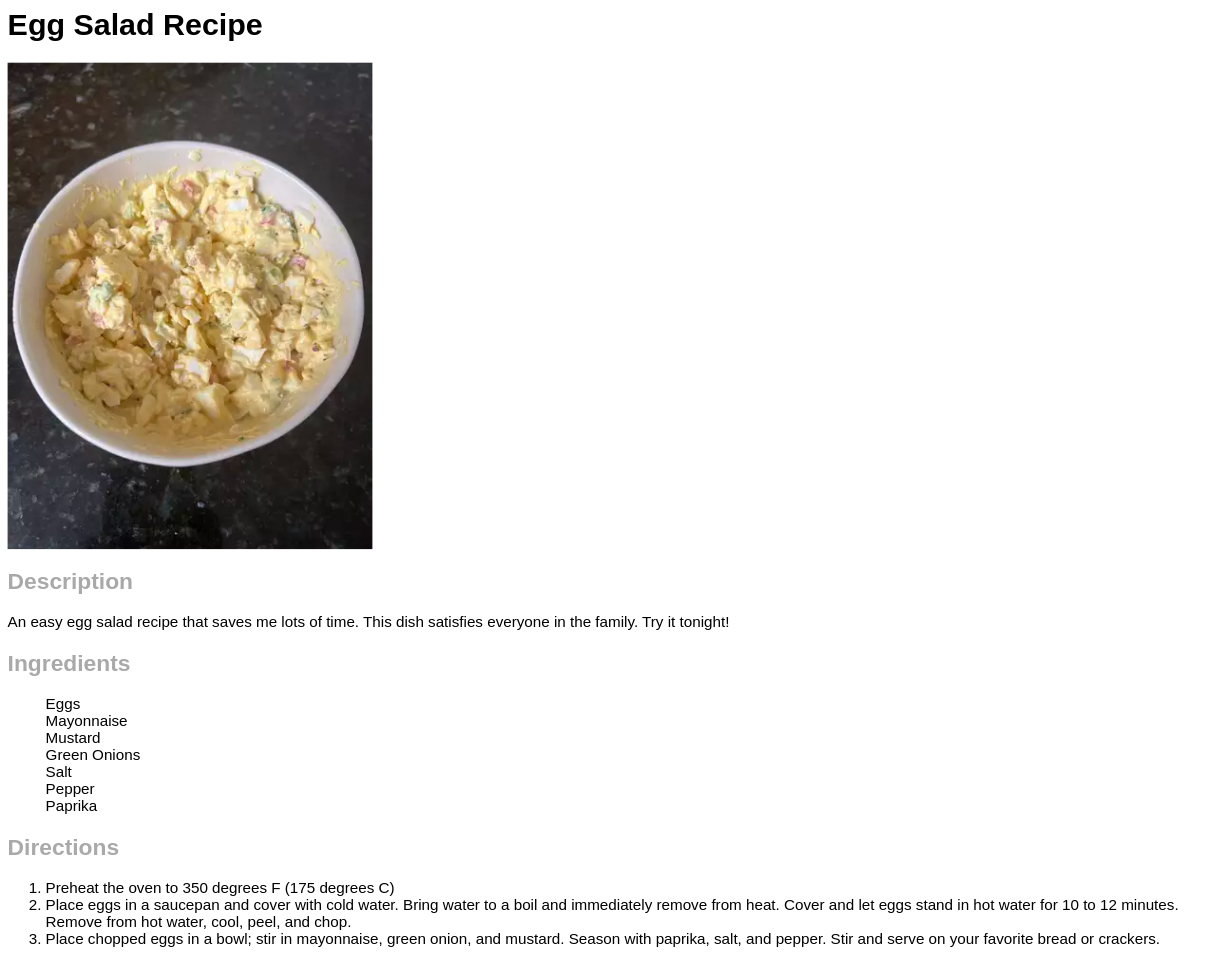
Repository: rsoetydev/odin-recipes
Page: recipes/eggsalad.html
The author's editor kept a copy of each file at every save. The page is drawn from the files as they stood at one save, then again after the next save.
The browser window is 1280 px wide. The pictures show the whole page, at 95% of full size.

Above is the page before, as saved 2023-11-25 12:01:53.

### recipes/eggsalad.html
<link rel="stylesheet" href="style.css">
<h1>Egg Salad Recipe</h1>
<img src="./images/eggsalad.webp" alt="Egg Salad Picture">

<h2>Description</h2>
<p>An easy egg salad recipe that saves me lots of time. This dish satisfies everyone in the family. Try it tonight!</p>

<h2>Ingredients</h2>
<ul>
    <li>Eggs</li>
    <li>Mayonnaise</li>
    <li>Mustard</li>
    <li>Green Onions</li>
    <li>Salt</li>
    <li>Pepper</li>
    <li>Paprika</li>
</ul>

<h2>Directions</h2>
<ol>
    <li>Preheat the oven to 350 degrees F (175 degrees C)</li>
    <li>Place eggs in a saucepan and cover with cold water. Bring water to a boil and immediately remove from heat. Cover and let eggs stand in hot water for 10 to 12 minutes. Remove from hot water, cool, peel, and chop.    </li>
    <li>Place chopped eggs in a bowl; stir in mayonnaise, green onion, and mustard. Season with paprika, salt, and pepper. Stir and serve on your favorite bread or crackers.</li>

### style.css
* {
    font-family: sans-serif;
}

ul {
    list-style-type: none;
}

h1 {
    color: Black;
}

h2 {
    color: darkgray;
}

After the next save:
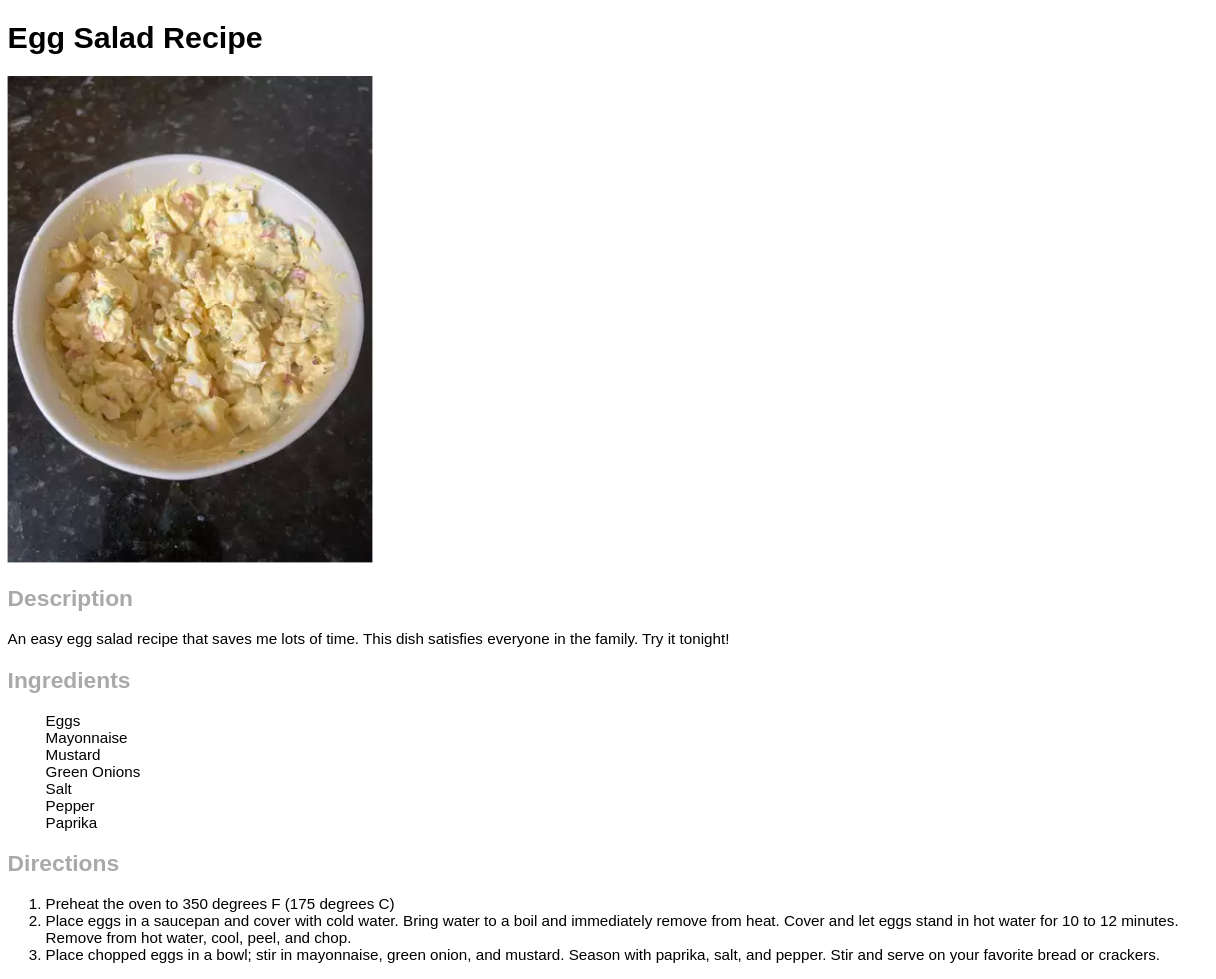
Saved 52 s later.
--- a/recipes/eggsalad.html
+++ b/recipes/eggsalad.html
@@ -1,5 +1,15 @@
-<link rel="stylesheet" href="style.css">
-<h1>Egg Salad Recipe</h1>
+
+<!DOCTYPE html>
+<html lang="en">
+<head>
+    <meta charset="UTF-8">
+    <meta name="viewport" content="width=device-width, initial-scale=1.0">
+    <title>Egg Salad Recipe</title>
+    <link rel="stylesheet" href="../style.css">
+</head>
+</head>
+<body>
+    <h1>Egg Salad Recipe</h1>
 <img src="./images/eggsalad.webp" alt="Egg Salad Picture">
 
 <h2>Description</h2>
@@ -21,3 +31,5 @@
     <li>Preheat the oven to 350 degrees F (175 degrees C)</li>
     <li>Place eggs in a saucepan and cover with cold water. Bring water to a boil and immediately remove from heat. Cover and let eggs stand in hot water for 10 to 12 minutes. Remove from hot water, cool, peel, and chop.    </li>
     <li>Place chopped eggs in a bowl; stir in mayonnaise, green onion, and mustard. Season with paprika, salt, and pepper. Stir and serve on your favorite bread or crackers.</li>
+</body>
+</html>
